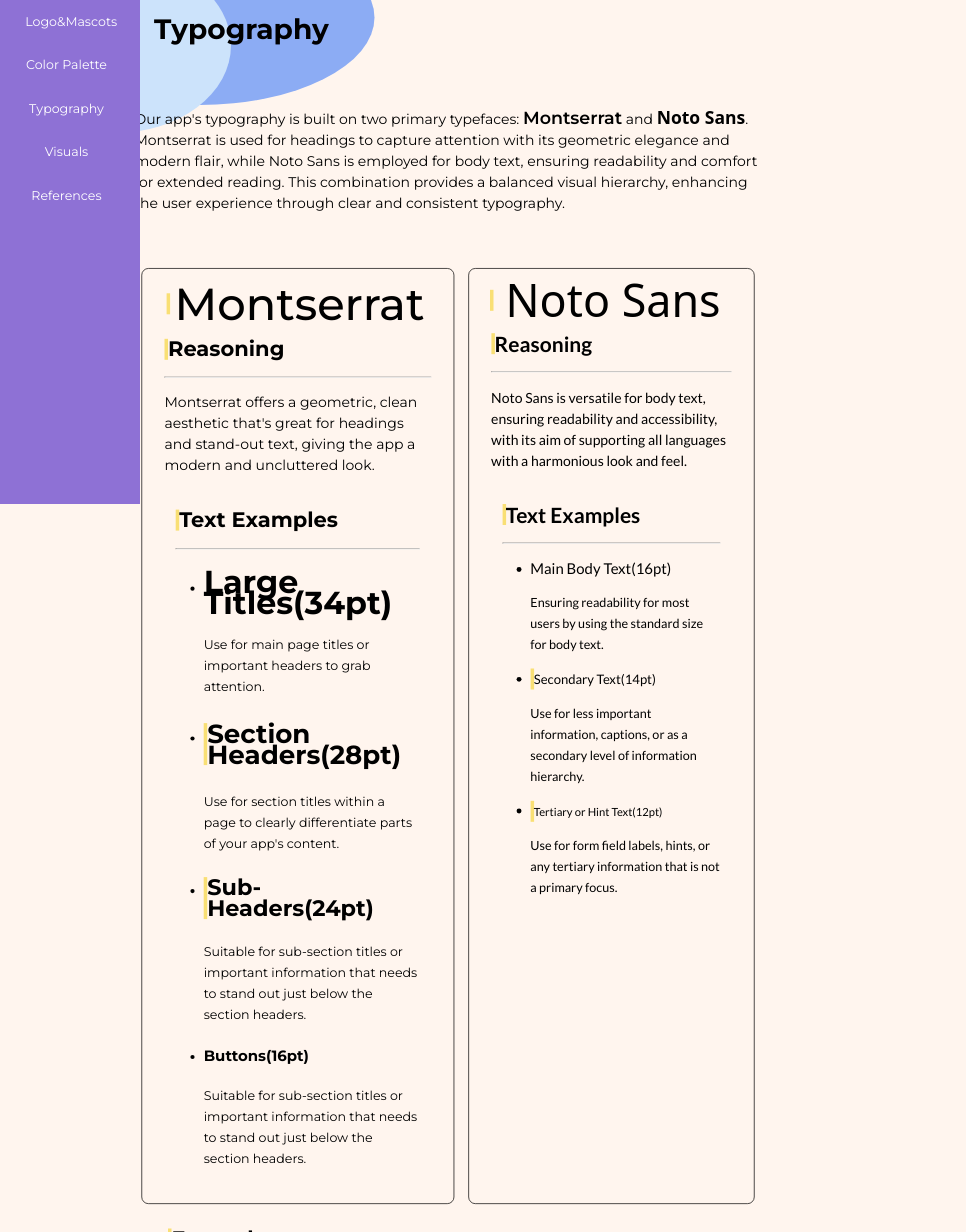
Repository: Irinalimm/PocketProfs-A5Styleguide
Page: pages/typography.html
The author's editor kept a copy of each file at every save. The page is drawn from the files as they stood at one save, then again after the next save.
The browser window is 1280 px wide. The page is 1380 px wide, so the pictures cover 1380 px, including what lies to the right of the window. The pictures show the part of the page from y = 0 to 1760 px (the page is 2530 px tall), at 70% of full size.
Some web libraries are served in a nearby version.

Above is the page before, as saved 2024-04-10 22:51:15.

After the next save:
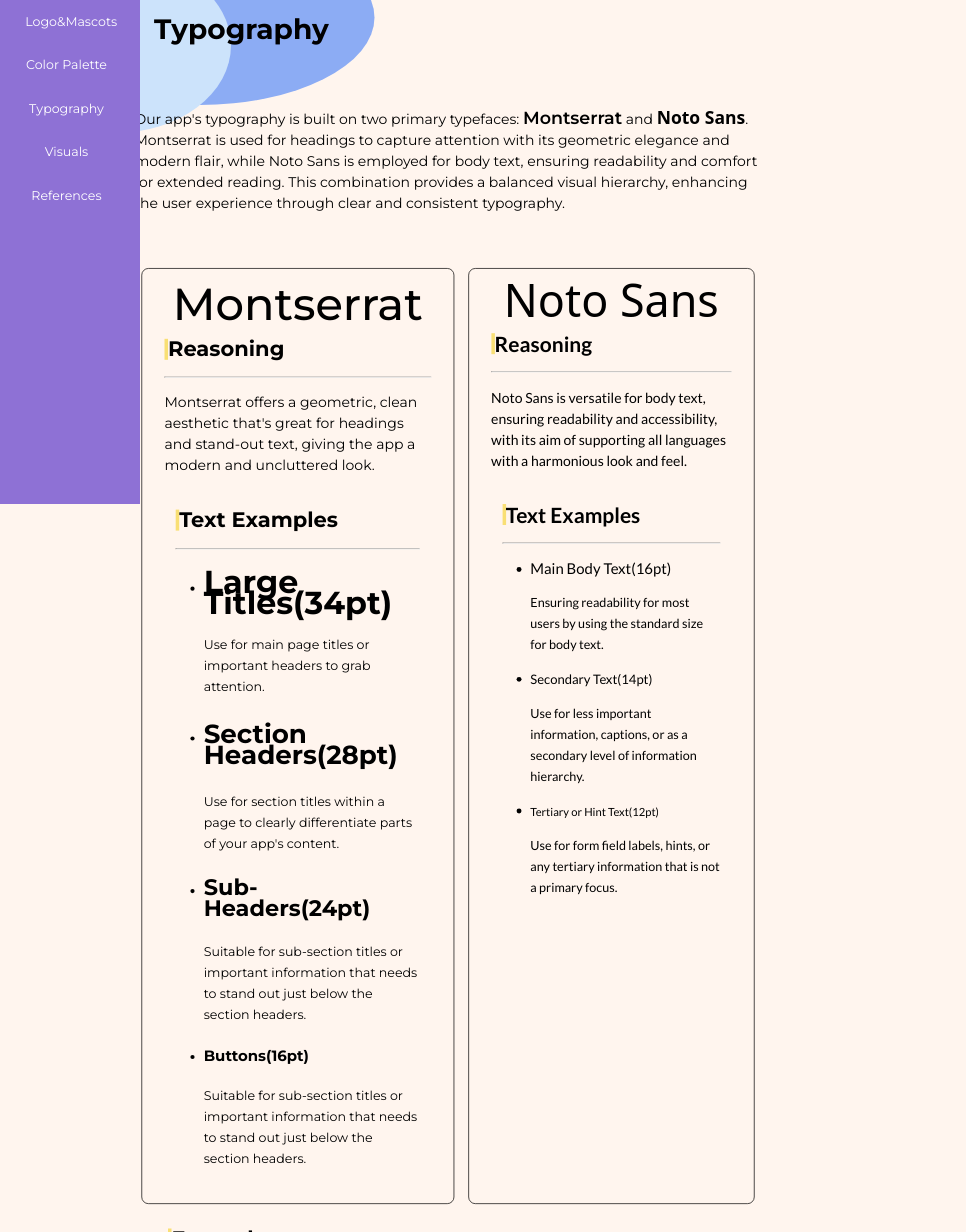
Saved 37 min 37 s later.
--- a/css/typography.css
+++ b/css/typography.css
@@ -13,8 +13,7 @@ body {
   background-color: #fff5ee;
 }
 
-h2,
-h3{
+h2{
   border-left: 5px solid #f9df74;
   margin: 0, 1.5rem;
 }
